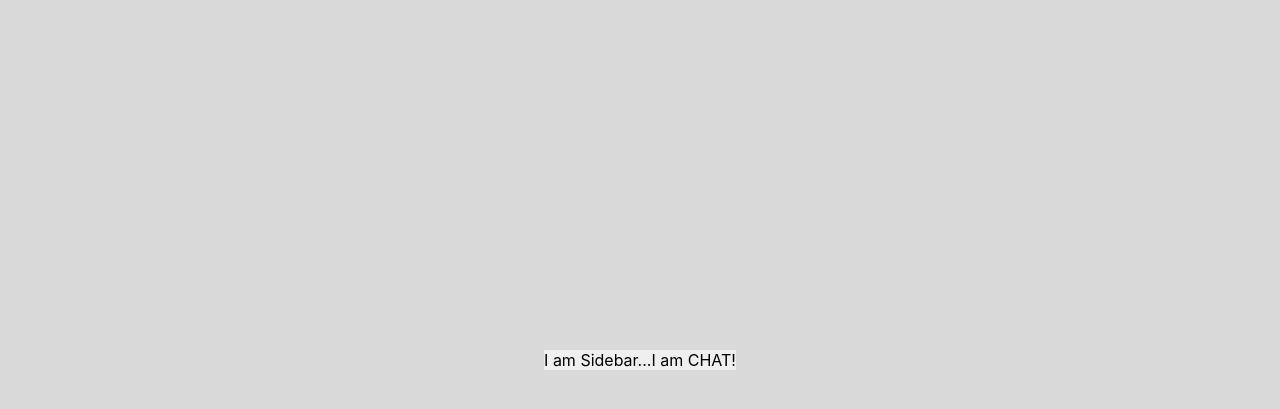
Repository: BogoGit/clone-whatsapp
Page: / (app in whatsapp-front/)
These files come from the project's save history. The page is drawn as it stood at one moment and after the next save; the edit follows.
The browser window is 1280 px wide. The pictures show the whole page.
The project was rebuilt for these pictures with package versions that can differ from the ones it lists, and the page was loaded fresh each time. Also part of the build but not shown: whatsapp-front/src/Components/Sidebar.css.

Above is the page before, as saved 2020-11-18 16:40:48.

After the next save:
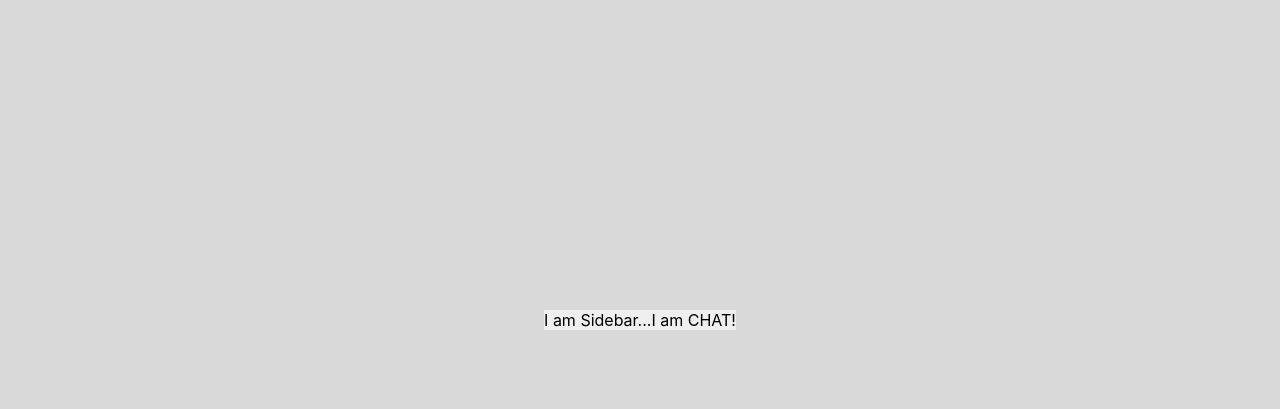
Saved 10 s later.
--- a/whatsapp-front/src/Components/App.css
+++ b/whatsapp-front/src/Components/App.css
@@ -8,4 +8,5 @@
 .app__body {
 	display: flex;
 	background-color: #efefef;
+	margin-top: -5rem;
 }
